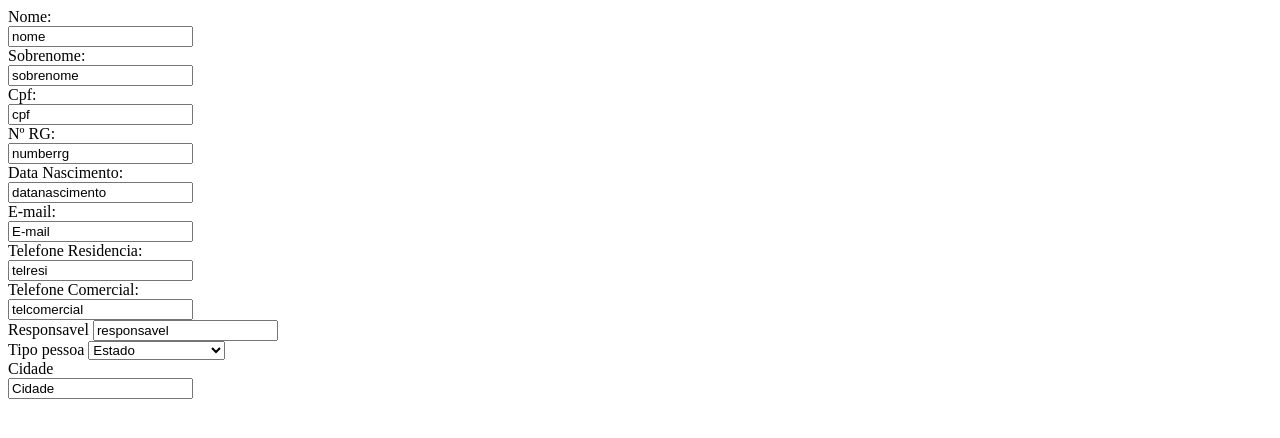
Repository: samaelsimoes/ong-cepe
Page: ong-cepe/WebContent/privado/formulario/pesfisica.html
These files come from the project's save history. The page is drawn as it stood at one moment and after a run of saves; the edit follows.
The browser window is 1280 px wide. The pictures show the whole page.

Above is the page before, as saved 2017-08-13 19:07:10.

### ong-cepe/WebContent/privado/formulario/pesfisica.html
 <div class="form-group row">

    <div class="col-xs-6 col-md-5">
        <label for="example-text-input" class="col-2 col-form-label">Nome:</label>

       <div class="col-10">
            <input class="form-control" type="text" value="nome" id="nome" placeholder="Nome">
        </div>
    </div>

    <div class="col-xs-6 col-md-5 coll-md-offset-2">

        <label for="example-text-input" class="col-2 col-form-label">Sobrenome:</label>

        <div class="col-10">
            <input class="form-control" type="text" value="sobrenome" id="sobrenome" placeholder="Sobrenome">
        </div>
    </div>
</div>

<div class="form-group row">
    <div class="col-xs-6 col-md-5">
        <label for="example-text-input" class="col-2 col-form-label">Cpf:</label>

       <div class="col-10">
            <input class="form-control" type="text" value="cpf" id="nome" placeholder="cpf">
        </div>
    </div>

    <div class="col-xs-6 col-md-5 coll-md-offset-2">

        <label for="example-text-input" class="col-2 col-form-label">Nº RG:</label>

        <div class="col-10">
            <input class="form-control" type="text" value="numberrg" id="sobrenome" placeholder="rg">
        </div>
    </div>
</div>

 <div class="form-group row">
    <div class="col-xs-6 col-md-5">
        <label for="example-text-input" class="col-2 col-form-label">Data Nascimento:</label>

       <div class="col-10">
            <input class="form-control" type="text" value="datanascimento" id="datanascimento" placeholder="cpf">
        </div>
    </div>
    <div class="col-xs-6 col-md-5 coll-md-offset-2">

        <label for="email" class="col-2 col-form-label">E-mail:</label>

        <div class="col-10">

            <input class="form-control" type="text" value="E-mail" id="email" placeholder="-Email">
        </div>
    </div>
</div>

 <div class="form-group row">
    <div class="col-xs-6 col-md-5">
        <label for="example-text-input" class="col-2 col-form-label">Telefone Residencia:</label>

       <div class="col-10">
            <input class="form-control" type="text" value="telresi" id="telresidenci" placeholder="Telefone Residencia">
        </div>
    </div>
    <div class="col-xs-6 col-md-5 coll-md-offset-2">

        <label for="telcomercial" class="col-2 col-form-label">Telefone Comercial:</label>

        <div class="col-10">

            <input class="form-control" type="text" value="telcomercial" id="telcomercial" placeholder="Telefone Comercial">
        </div>
    </div>
</div>

 <div class="form-group row">
    <div class="col-xs-6 col-md-10">

        <label for="responsavel" class="col-2 col-form-label">Responsavel</label>

        <input class="form-control" type="text" value="responsavel" id="responsavel">
    </div>
</div>

 <div class="form-group row">
    <div class="col-xs-6 col-md-5">
		<label class="col-2 col-form-label" for="estado">Tipo pessoa</label>

		<select class="form-control" id="tipopessoa">

		    <option selected>Estado</option>
		    <option value="1">Selecione o Estado</option>
		</select>
    </div>
    <div class="col-xs-6 col-md-5 coll-md-offset-2">

        <label for="example-text-input" class="col-2 col-form-label">Cidade</label>

        <div class="col-10">

            <input class="form-control" type="text" value="Cidade" id="cidade" placeholder="rg">
        </div>
    </div>
</div>

After the next 2 saves:
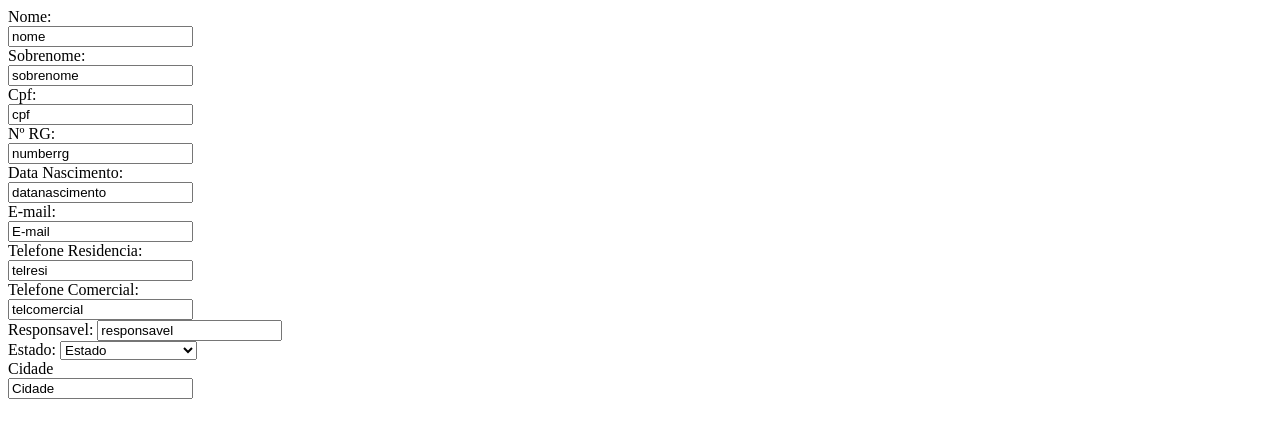
The 2 saves are shown as one change because they came seconds apart.
The last was saved 8 s later.
--- a/ong-cepe/WebContent/privado/formulario/pesfisica.html
+++ b/ong-cepe/WebContent/privado/formulario/pesfisica.html
@@ -78,7 +78,7 @@
  <div class="form-group row">
     <div class="col-xs-6 col-md-10">
 
-        <label for="responsavel" class="col-2 col-form-label">Responsavel</label>
+        <label for="responsavel" class="col-2 col-form-label">Responsavel:</label>
 
         <input class="form-control" type="text" value="responsavel" id="responsavel">
     </div>
@@ -86,7 +86,7 @@
 
  <div class="form-group row">
     <div class="col-xs-6 col-md-5">
-		<label class="col-2 col-form-label" for="estado">Tipo pessoa</label>
+		<label class="col-2 col-form-label" for="estado">Estado:</label>
 
 		<select class="form-control" id="tipopessoa">
 
